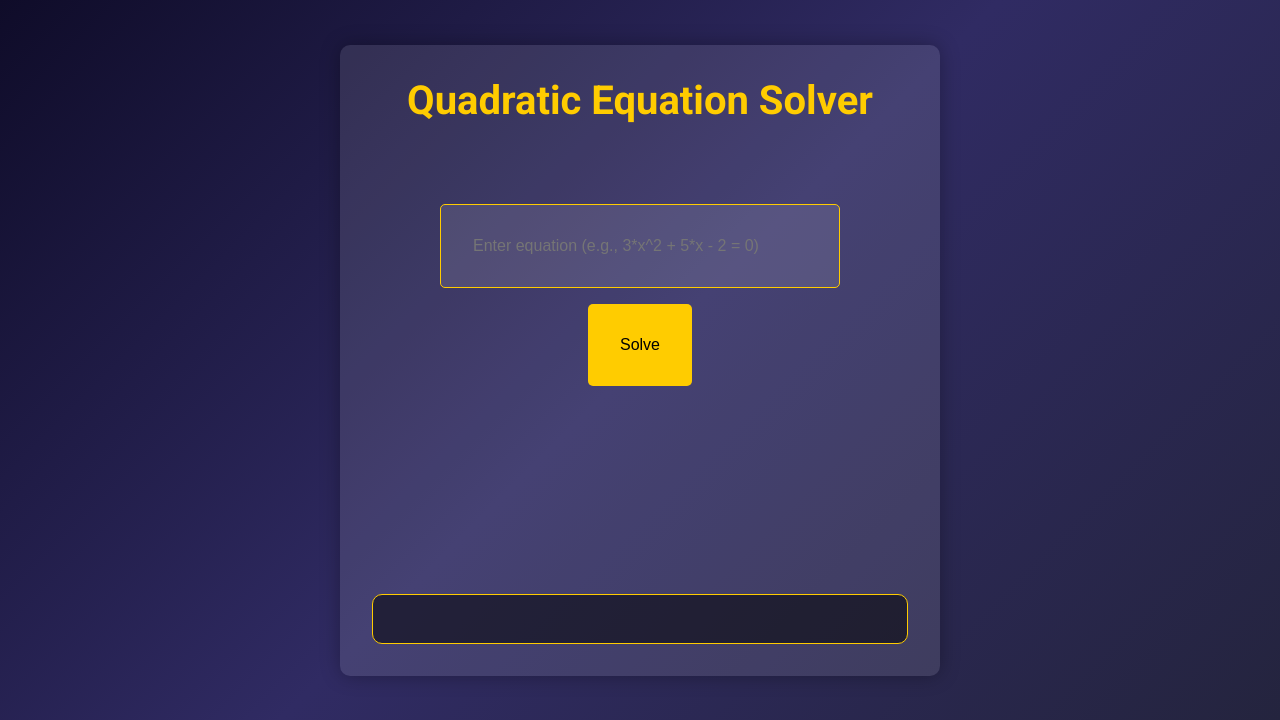
Repository: ngl-ankit/equation-solver
Page: index.html
These files come from the project's save history. The page is drawn as it stood at one moment and after the next save; the edit follows.
The browser window is 1280 px wide. The pictures show the whole page.

Above is the page before, as saved 2024-07-08 11:14:49.

After the next save:
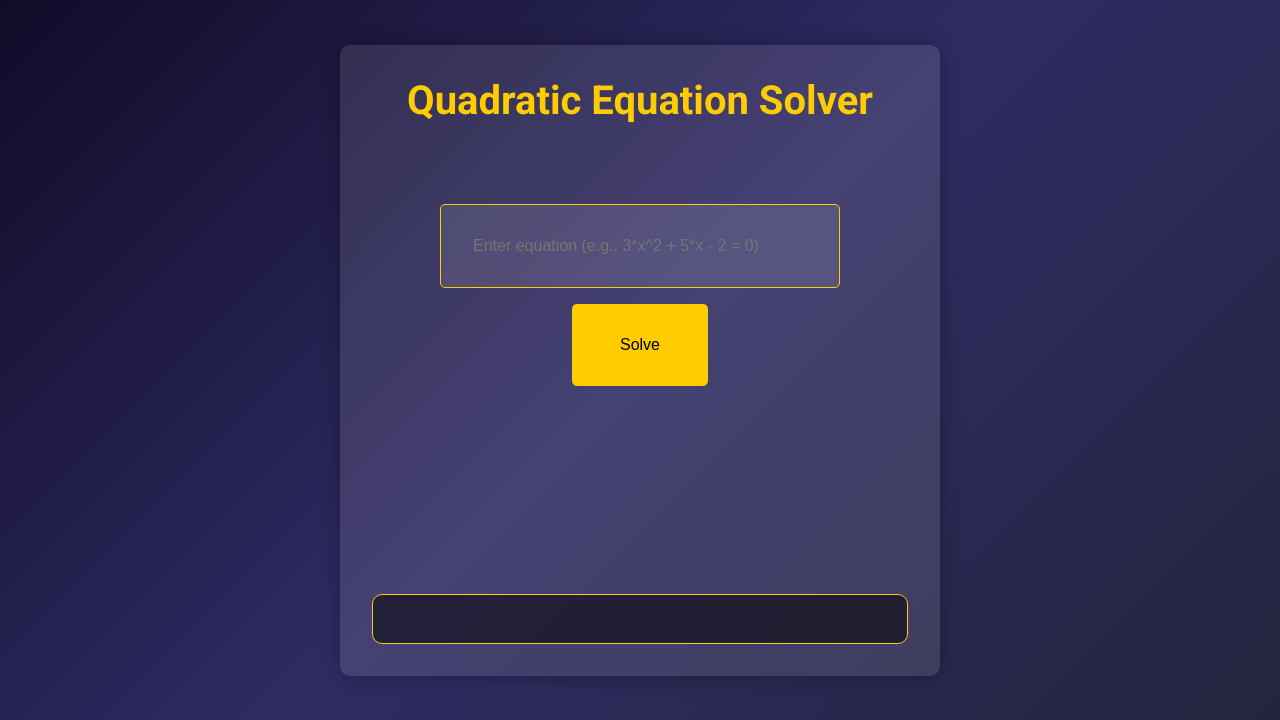
Saved 4 s later.
--- a/styles.css
+++ b/styles.css
@@ -62,7 +62,7 @@ input[type="text"]:focus {
 }
 
 button.solve-btn {
-  padding: 2rem 2rem;
+  padding: 2rem 3rem;
   border: none;
   background-color: #ffcc00;
   color: #000;
